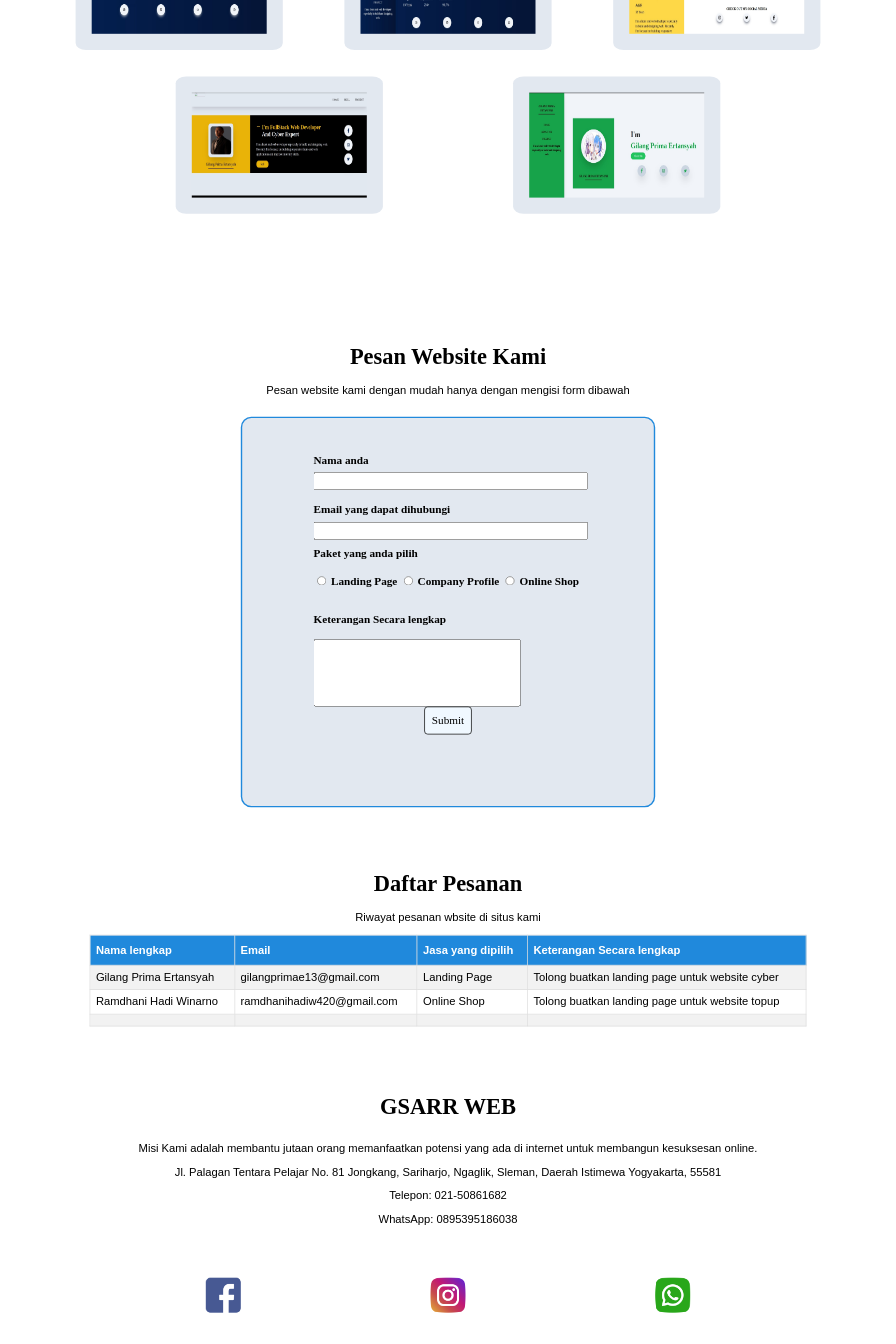
Repository: zecht12/TimModul
Page: TimModul.html
An editor plug-in stored every save of this project. The page is shown before and after the next save, followed by the edit.
The browser window is 1280 px wide. The pictures show the part of the page from y = 2416 to 4336 px (the page is 4452 px tall), at 70% of full size.

Above is the page before, as saved 2023-04-27 19:21:21.

After the next save:
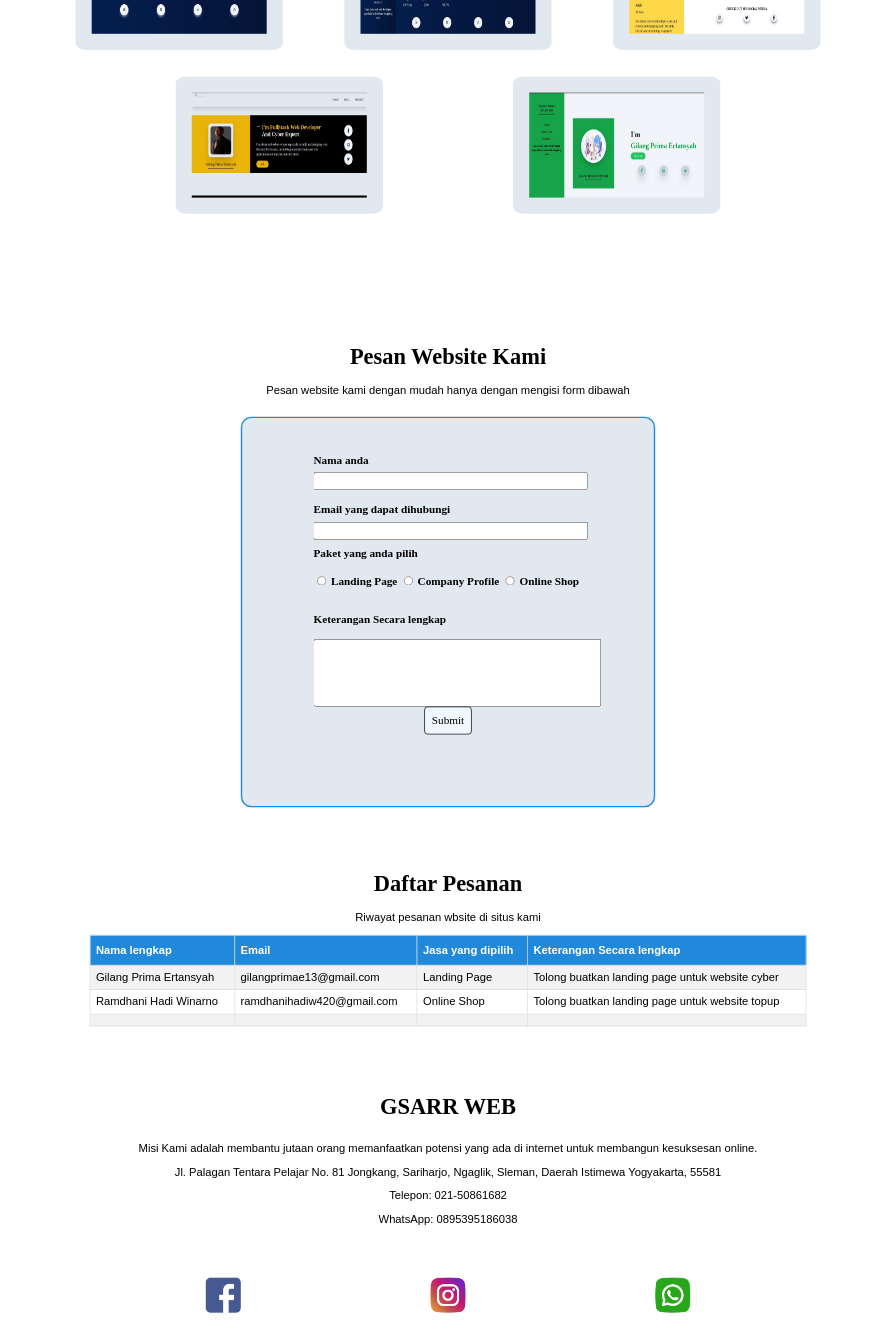
Saved 6 s later.
--- a/TimModul.html
+++ b/TimModul.html
@@ -231,7 +231,7 @@
 
                 <div>
                     <p style="color: black; font-weight: bold; padding-bottom: 1%;">Keterangan Secara lengkap</p>
-                    <input type="text" id="Keterangan" name="Keterangan" class="Keterangan" style="padding-top: 10%; padding-bottom: 10%; padding-left: 10%; padding-right: 20%;">
+                    <input type="text" id="Keterangan" name="Keterangan" class="Keterangan" style="padding-top: 10%; padding-bottom: 10%; padding-left: 10%; padding-right: 50%;">
                 </div>
 
                 <div style="display: flex; justify-content: center; align-items: center;">
